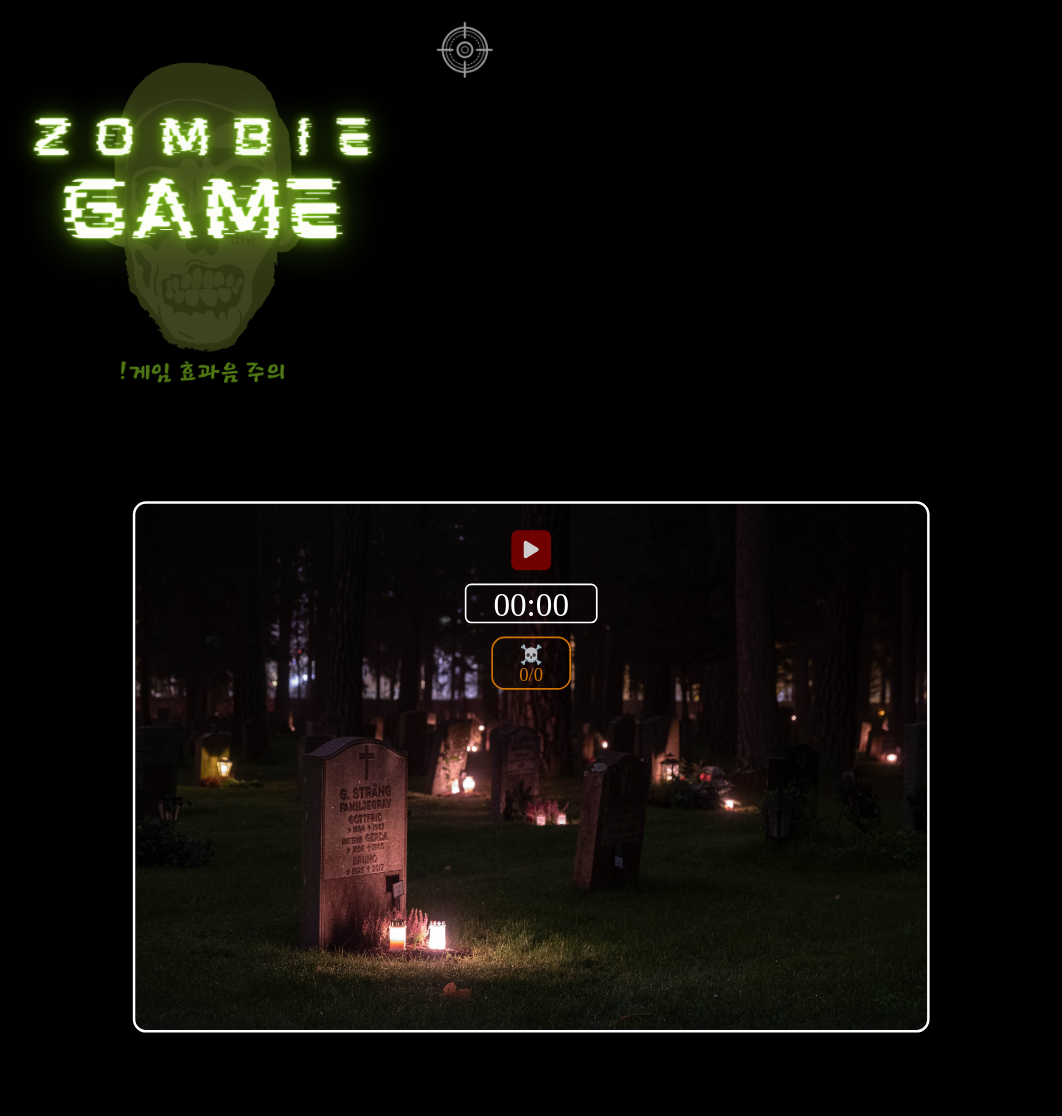
Repository: MrJinkyu/ZombieGame
Page: index.html
The author's editor kept a copy of each file at every save. The page is drawn from the files as they stood at one save, then again after the next save.
The browser window is 1280 px wide. The pictures show the whole page, at 83% of full size.
Some web libraries are served in a nearby version.

Above is the page before, as saved 2023-04-10 20:05:34.

After the next save:
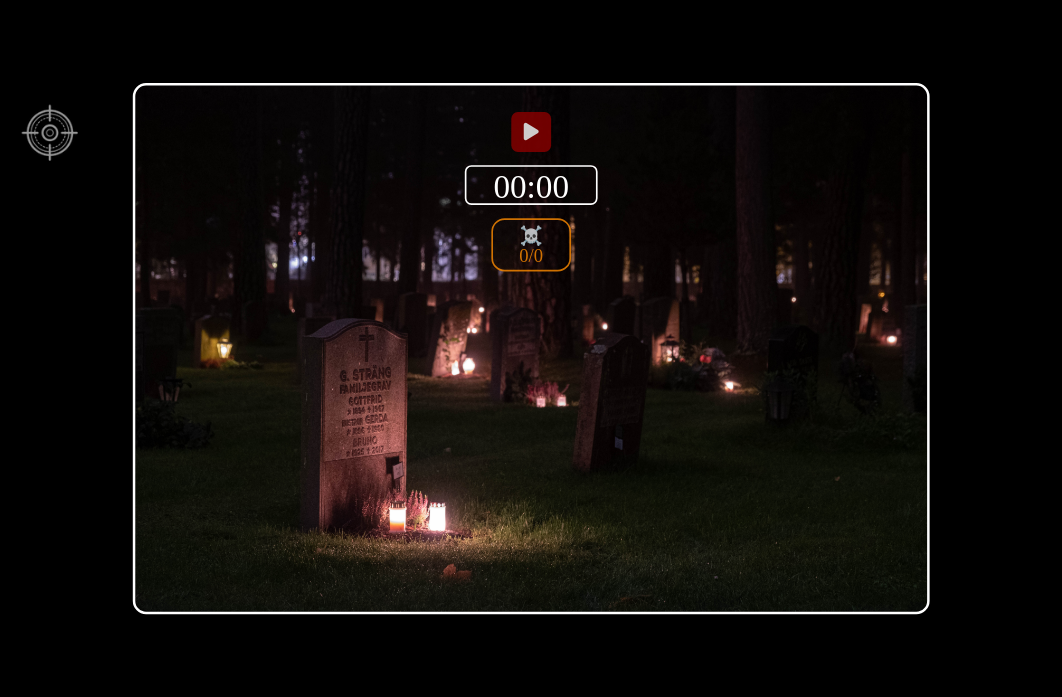
Saved 6 s later.
--- a/index.html
+++ b/index.html
@@ -10,7 +10,7 @@
     <script src="https://kit.fontawesome.com/83424fe51a.js" crossorigin="anonymous"></script>
 </head>
 <body>
-    <img src="img/game.png" class="game-poster">
+    <!-- <img src="img/game.png" class="game-poster"> -->
     <img src="img/target.png" alt="target" class="game__target">
     <section class="game">
         <haeder class="game__header">

After the save that followed:
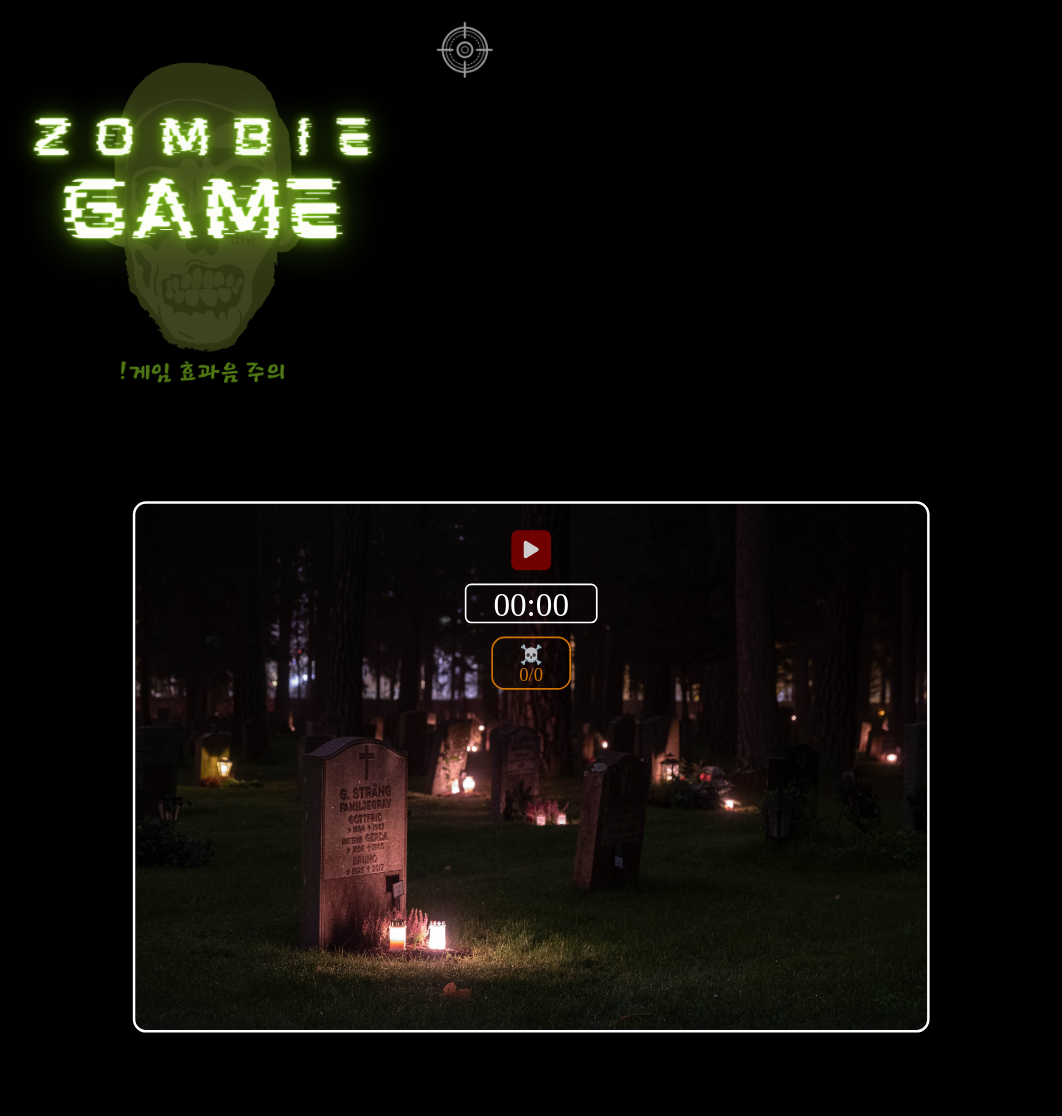
Saved 2 min 12 s later.
--- a/index.html
+++ b/index.html
@@ -10,7 +10,7 @@
     <script src="https://kit.fontawesome.com/83424fe51a.js" crossorigin="anonymous"></script>
 </head>
 <body>
-    <!-- <img src="img/game.png" class="game-poster"> -->
+    <img src="img/game.png" class="game-poster">
     <img src="img/target.png" alt="target" class="game__target">
     <section class="game">
         <haeder class="game__header">
